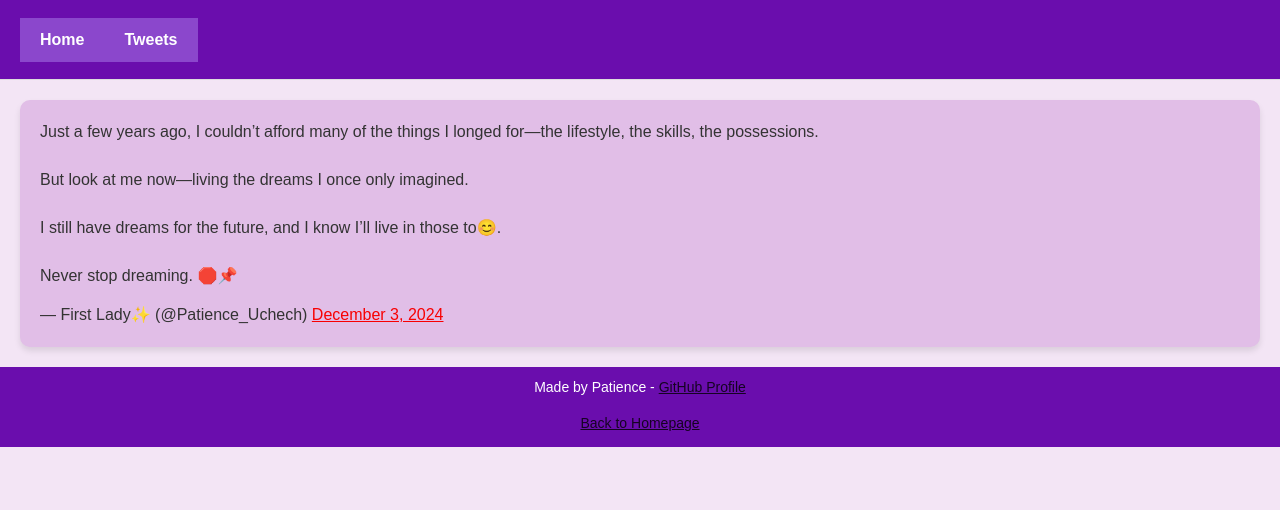
Repository: Patience225/My_First_Portfolio
Page: html_basic/tweets.html
The author's editor kept a copy of each file at every save. The page is drawn from the files as they stood at one save, then again after the next save.
The browser window is 1280 px wide. The pictures show the whole page.

Above is the page before, as saved 2024-12-22 07:09:00.

After the next save:
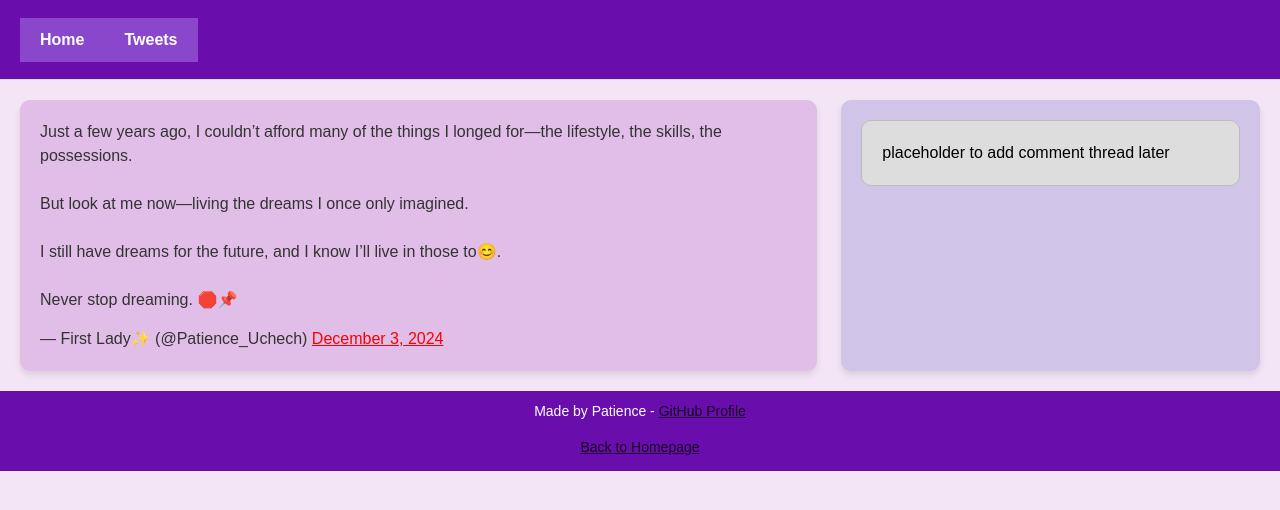
Saved 60 s later.
--- a/html_basic/tweets.html
+++ b/html_basic/tweets.html
@@ -30,6 +30,9 @@
             </blockquote>
             <script async src="https://platform.twitter.com/widgets.js" charset="utf-8"></script>
         </article>
+        <aside>
+            <p>placeholder to add comment thread later</p> <!-- Added the missing sentence here -->
+        </aside>
     </main>
     <footer>
         <p>Made by Patience - <a href="https://github.com/Patience225" target="_blank">GitHub Profile</a></p>
